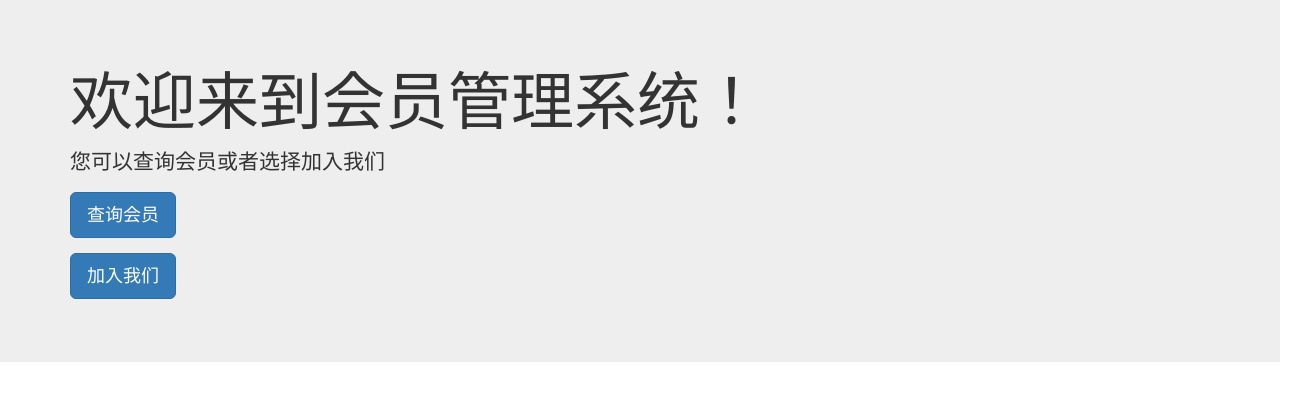
Repository: HelloChuang/HelloChuang-EclipseWorkSpace
Page: http://localhost/RetestServlet3/user_add.jsp
The author's editor kept a copy of each file at every save. The page is drawn from the files as they stood at one save, then again after the next save.
The browser window is 1280 px wide. The page is 1280 px wide, then 1295 px, so the pictures cover 1295 px, including what lies to the right of the window. The pictures show the whole page.
The page is served by Tomcat 9.

Above is the page before, as saved 2018-10-31 08:50:56.

After the next save:
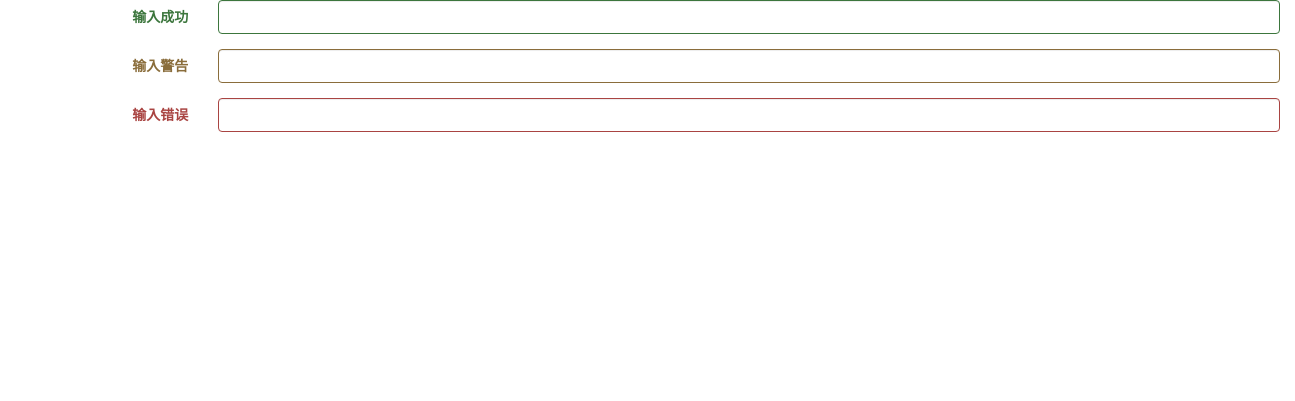
Saved 76 s later.
--- a/EclipseWorkSpace/RetestServlet3/WebContent/user_add.jsp
+++ b/EclipseWorkSpace/RetestServlet3/WebContent/user_add.jsp
@@ -7,19 +7,28 @@
 <link rel="stylesheet" type="text/css" href="${pageContext.request.contextPath}/css/bootstrap.min.css">
 <script type="text/javascript" href="${pageContext.request.contextPath}/js/jquery-1.9.1.js"></script>
 <script type="text/javascript" href="${pageContext.request.contextPath}/js/bootstrap.min.js"></script>
-<title>首页</title>
+<title>添加会员</title>
 </head>
 <body>
-<div class="jumbotron">
-    <div class="container">
-        <h1>欢迎来到会员管理系统！</h1>
-        <p>您可以查询会员或者选择加入我们</p>
-        <p><a class="btn btn-primary btn-lg" role="button" href="FindUserByPageList?pageIndex=1">
-         查询会员</a>
-        <p><a class="btn btn-primary btn-lg" role="button" href="user_add.jsp">
-         加入我们</a>
-        </p>
+<form class="form-horizontal" role="form">
+	<div class="form-group has-success">
+    <label class="col-sm-2 control-label" for="inputSuccess">输入成功</label>
+    <div class="col-sm-10">
+      <input type="text" class="form-control" id="inputSuccess">
     </div>
-</div>
+  </div>
+  <div class="form-group has-warning">
+    <label class="col-sm-2 control-label" for="inputWarning">输入警告</label>
+    <div class="col-sm-10">
+      <input type="text" class="form-control" id="inputWarning">
+    </div>
+  </div>
+  <div class="form-group has-error">
+    <label class="col-sm-2 control-label" for="inputError">输入错误</label>
+    <div class="col-sm-10">
+      <input type="text" class="form-control" id="inputError">
+    </div>
+  </div>
+  </form>
 </body>
 </html>
